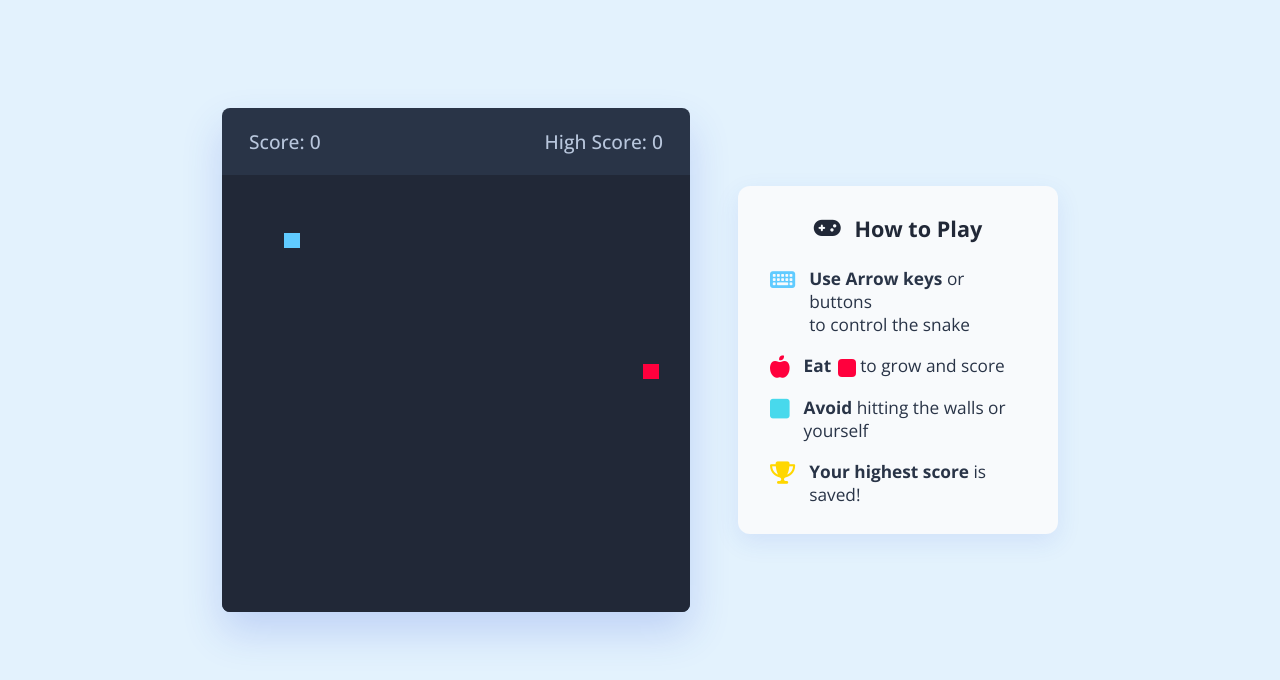
Repository: BinaryVortex/Snake-Game-React
Page: /
An editor plug-in stored every save of this project. The page is shown before and after the next save, followed by the edit.
The browser window is 1280 px wide. The pictures show the whole page.
The project was rebuilt for these pictures with package versions that can differ from the ones it lists, and the page was loaded fresh each time.

Above is the page before, as saved 2025-08-12 09:27:54.

After the next save:
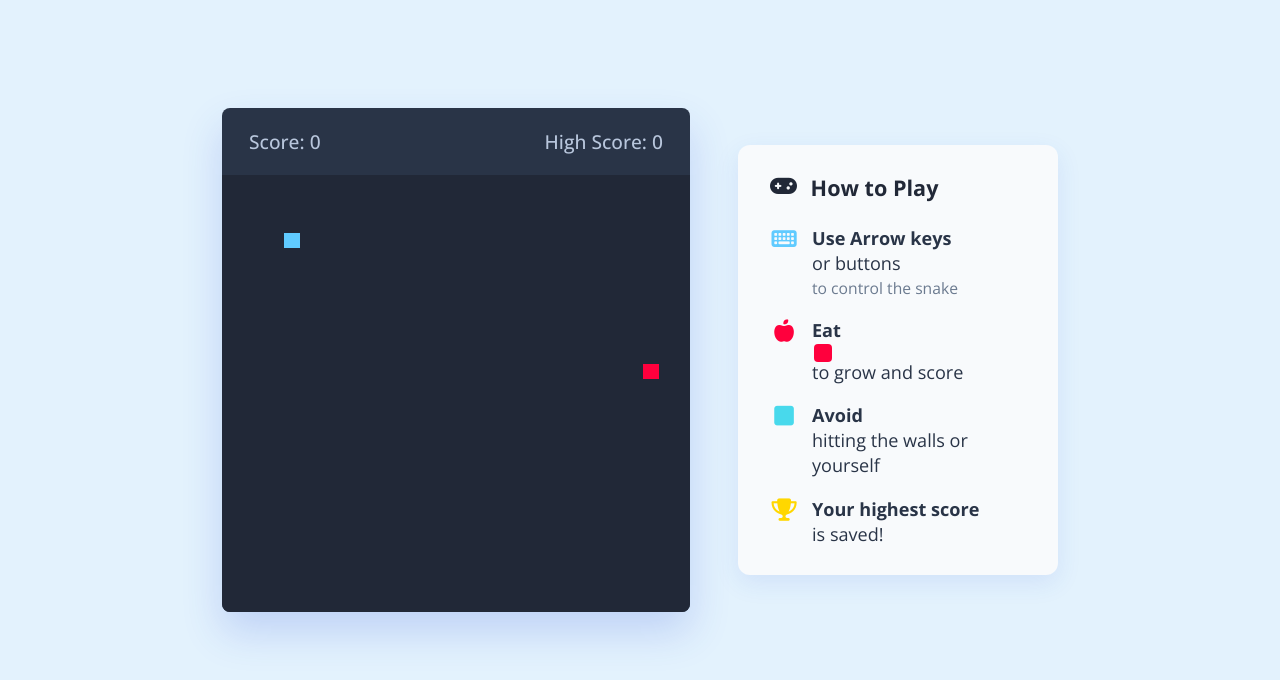
Saved 12 s later.
--- a/src/SnakeGame.sass
+++ b/src/SnakeGame.sass
@@ -84,7 +84,7 @@ body
     display: flex
     align-items: center
     gap: 8px
-    justify-content: center
+    justify-content: left
 
   .htp-list
     display: flex
@@ -95,11 +95,23 @@ body
     display: flex
     align-items: flex-start
     gap: 14px
-    font-size: 1.08rem
+    font-size: 1.13rem
+    line-height: 1.4
+    span
+      display: flex
+      flex-direction: column
+      justify-content: center
+    .htp-sub
+      font-size: 0.98rem
+      color: #6b7a8f
+      font-weight: 400
+      margin-top: 2px
 
     .htp-icon
       font-size: 1.4rem
       margin-top: 2px
+      min-width: 28px
+      text-align: center
       &.blue
         color: #60cbff
       &.red
